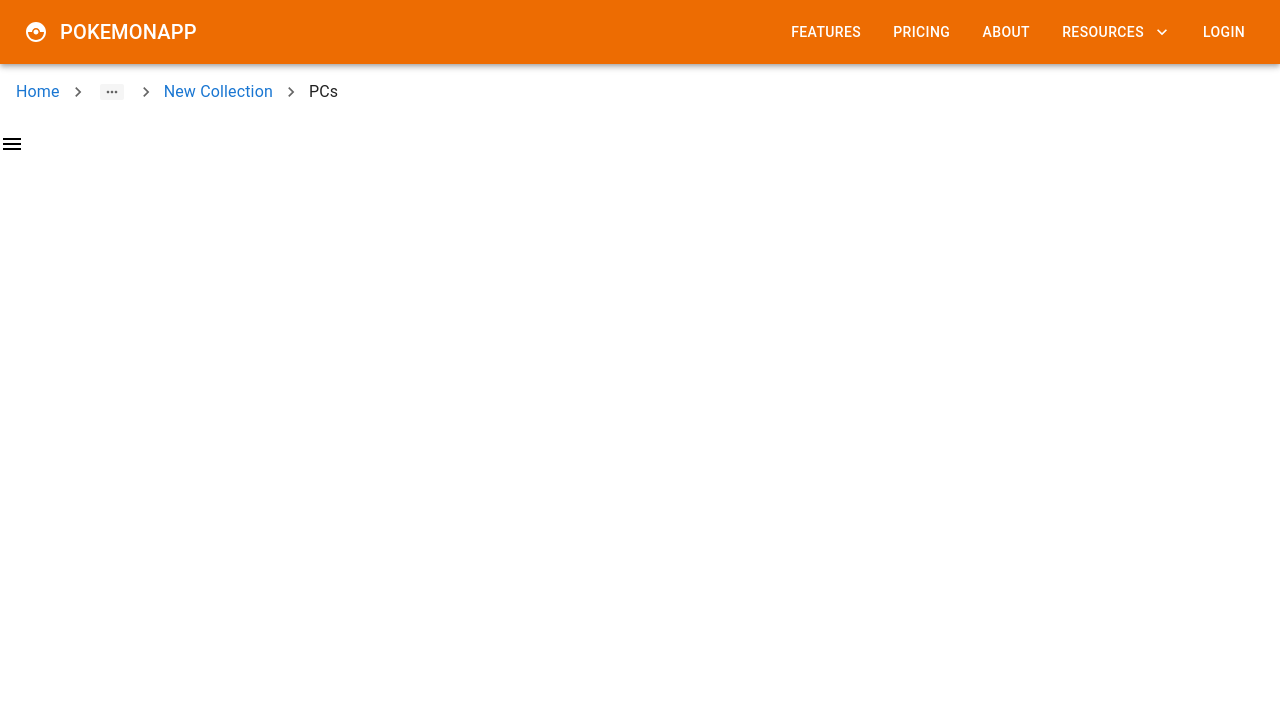
Repository: janidulnkg1/react-mui
Page: / (app in mui-demo/)
These files come from the project's save history. The page is drawn as it stood at one moment and after a run of saves; the edit follows.
The browser window is 1280 px wide. The pictures show the whole page.
The project was rebuilt for these pictures with package versions that can differ from the ones it lists, and the page was loaded fresh each time.

Above is the page before, as saved 2023-11-13 11:22:16.

### mui-demo/public/index.html
<!DOCTYPE html>
<html lang="en">
  <head>
    <meta charset="utf-8" />
    <link rel="icon" href="%PUBLIC_URL%/favicon.ico" />
    <meta name="viewport" content="width=device-width, initial-scale=1" />
    <meta name="theme-color" content="#000000" />
    <meta
      name="description"
      content="Web site created using create-react-app"
    />
    <link rel="apple-touch-icon" href="%PUBLIC_URL%/logo192.png" />
    <!--
      manifest.json provides metadata used when your web app is installed on a
      user's mobile device or desktop. See https://developers.google.com/web/fundamentals/web-app-manifest/
    -->
    <link rel="manifest" href="%PUBLIC_URL%/manifest.json" />
    <!--
      Notice the use of %PUBLIC_URL% in the tags above.
      It will be replaced with the URL of the `public` folder during the build.
      Only files inside the `public` folder can be referenced from the HTML.

      Unlike "/favicon.ico" or "favicon.ico", "%PUBLIC_URL%/favicon.ico" will
      work correctly both with client-side routing and a non-root public URL.
      Learn how to configure a non-root public URL by running `npm run build`.
    -->
    <title>react-mui-ts-demo</title>
  </head>
  <body>
    <noscript>You need to enable JavaScript to run this app.</noscript>
    <div id="root"></div>
    <!--
      This HTML file is a template.
      If you open it directly in the browser, you will see an empty page.

      You can add webfonts, meta tags, or analytics to this file.
      The build step will place the bundled scripts into the <body> tag.

      To begin the development, run `npm start` or `yarn start`.
      To create a production bundle, use `npm run build` or `yarn build`.
    -->
  </body>
</html>

### mui-demo/src/App.tsx
import './App.css';
//import { MuiTypography } from './components/MuiTypography';
//import { MuiButton } from './components/MuiButton';
//import {MuiTextField } from './components/MuiTextField'
//import {MuiSelect } from './components/MuiSelect'
//import { MuiRadioButton } from './components/MuiRadioButton';
//import { MuiCheckbox } from './components/MuiCheckbox';
//import { MuiSwitch } from './components/MuiSwitch';
//import { MuiRating } from './components/MuiRating';
//import { MuiAutocomplete } from './components/MuiAutocomplete';
//import { MuiLayout } from './components/MuiLayout';
//import { MuiCard } from './components/MuiCard';
//import { MuiAccordion } from './components/MuiAccordion';
//import { MuiImageList } from './components/MuiImageList';
import { MuiNavbar } from './components/MuiNavbar';
//import { MuiLink} from './components/MuiLink';
import { MuiBreadcrumbs } from './components/MuiBreadcrumbs';
import { MuiDrawer } from './components/MuiDrawer';




function App() {
  return (
    <div className="App">

      {/*MuiTypography */}
      {/*MuiButton */}
      {/*MuiTextField */}
      {/*MuiSelect */}
      {/*MuiRadioButton */}
      {/*MuiCheckbox*/}
      {/*MuiSwitch */}
      {/*MuiRating */}
      {/*MuiAutocomplete */}
      {/*MuiLayout */}
      {/*MuiCard */}
      {/*MuiAccordion */}
      {/*MuiImageList */}
      <MuiNavbar />
      {/*MuiLink */}
      <MuiBreadcrumbs />
      <MuiDrawer />

    </div>
  );
}

export default App;

### mui-demo/src/App.css
body{
  /* background-color: #eeeeee; */
}

.App {
  /* padding: 4rem; */
}

.App-logo {
  height: 40vmin;
  pointer-events: none;
}

@media (prefers-reduced-motion: no-preference) {
  .App-logo {
    animation: App-logo-spin infinite 20s linear;
  }
}

.App-header {
  background-color: #282c34;
  min-height: 100vh;
  display: flex;
  flex-direction: column;
  align-items: center;
  justify-content: center;
  font-size: calc(10px + 2vmin);
  color: white;
}

.App-link {
  color: #61dafb;
}

@keyframes App-logo-spin {
  from {
    transform: rotate(0deg);
  }
  to {
    transform: rotate(360deg);
  }
}

### mui-demo/src/components/MuiNavbar.tsx
import {
    AppBar,
    Toolbar,
    IconButton,
    Typography,
    Button,
    Stack,
    Menu,
    MenuItem
  } from '@mui/material'
  import CatchingPokemonIcon from '@mui/icons-material/CatchingPokemon'
  import KeyboardArrowDownIcon from '@mui/icons-material/KeyboardArrowDown'
  import { useState } from 'react'

  export const MuiNavbar = () => {
    const [anchorEl, setAnchorEl] = useState<null | HTMLElement>(null)
    const open = Boolean(anchorEl)
    const handleClick = (event: React.MouseEvent<HTMLButtonElement>) => {
      setAnchorEl(event.currentTarget)
    }
    const handleClose = () => {
      setAnchorEl(null)
    }
    return (
      <AppBar position='static' color='warning' >
        <Toolbar>
          <IconButton size='large' edge='start' color='inherit' aria-label='logo'>
            <CatchingPokemonIcon />
          </IconButton>
          <Typography variant='h6' component='div' sx={{ flexGrow: 1 }}>
            POKEMONAPP
          </Typography>
          <Stack direction='row' spacing={2}>
            <Button color='inherit'>Features</Button>
            <Button color='inherit'>Pricing</Button>
            <Button color='inherit'>About</Button>
            <Button
              color='inherit'
              id='resources-button'
              aria-controls={open ? 'resources-menu' : undefined}
              aria-haspopup='true'
              aria-expanded={open ? 'true' : undefined}
              endIcon={<KeyboardArrowDownIcon />}
              onClick={handleClick}>
              Resources
            </Button>
            <Button color='inherit'>Login</Button>
          </Stack>
          <Menu
            id='resources-menu'
            anchorEl={anchorEl}
            open={open}
            onClose={handleClose}
            anchorOrigin={{
              vertical: 'bottom',
              horizontal: 'right'
            }}
            transformOrigin={{
              vertical: 'top',
              horizontal: 'right'
            }}
            MenuListProps={{
              'aria-labelledby': 'resources-button'
            }}>
            <MenuItem onClick={handleClose}>Blog</MenuItem>
            <MenuItem onClick={handleClose}>Podcast</MenuItem>
          </Menu>
        </Toolbar>
      </AppBar>
    )
  }

### mui-demo/src/components/MuiBreadcrumbs.tsx
import { Box, Breadcrumbs, Link, Typography } from '@mui/material'
import NavigateNextIcon from '@mui/icons-material/NavigateNext'

export const MuiBreadcrumbs = () => {
  return (
    <Box m={2}>
      <Breadcrumbs
        separator={<NavigateNextIcon fontSize='small' />}
        maxItems={3}
        itemsAfterCollapse={2}
        aria-label='breadcrumb'>
        <Link underline='hover' href='#'>
          Home
        </Link>
        <Link underline='hover' href='#'>
          Catalog
        </Link>
        <Link underline='hover' href='#'>
          Accessories
        </Link>
        <Link underline='hover' href='#'>
          New Collection
        </Link>
        <Typography color='text.primary'>PCs</Typography>
      </Breadcrumbs>
    </Box>
  )
}

### mui-demo/src/components/MuiDrawer.tsx
import { Drawer, Box, Typography, IconButton } from '@mui/material'
import { useState } from 'react'
import MenuIcon from '@mui/icons-material/Menu'

export const MuiDrawer = () => {
  const [isDrawerOpen, setIsDrawerOpen] = useState(false)

  return (
    <>
      <IconButton
        onClick={() => setIsDrawerOpen(true)}
        size='large'
        edge='start'
        color='inherit'
        aria-label='logo'>
        <MenuIcon />
      </IconButton>
      <Drawer
        anchor='left'
        open={isDrawerOpen}
        onClose={() => setIsDrawerOpen(false)}>
        <Box p={2} width='250px' role='presentation' textAlign='center'>
          <Typography variant='h6' component='div'>
            Side Panel
          </Typography>
        </Box>
      </Drawer>
    </>
  )
}

### mui-demo/src/components/MuiSpeeddial.tsx
import { SpeedDial, SpeedDialAction, SpeedDialIcon } from '@mui/material'
import CopyIcon from '@mui/icons-material/FileCopyOutlined'
import PrintIcon from '@mui/icons-material/Print'
import ShareIcon from '@mui/icons-material/Share'
import EditIcon from '@mui/icons-material/Edit'

export const MuiSpeedDial = () => {
  return (
    <SpeedDial
      ariaLabel='Navigation speed dial'
      sx={{ position: 'absolute', bottom: 16, right: 16 }}
      icon={<SpeedDialIcon openIcon={<EditIcon />} />}>
      <SpeedDialAction icon={<CopyIcon />} tooltipTitle='Copy' tooltipOpen />
      <SpeedDialAction icon={<PrintIcon />} tooltipTitle='Print' tooltipOpen />
      <SpeedDialAction icon={<ShareIcon />} tooltipTitle='Share' tooltipOpen />
    </SpeedDial>
  )
}

Loaded but not shown: mui-demo/src/index.tsx (common file); mui-demo/src/index.css (common file); mui-demo/src/reportWebVitals.ts (common file)

After the next 2 saves:
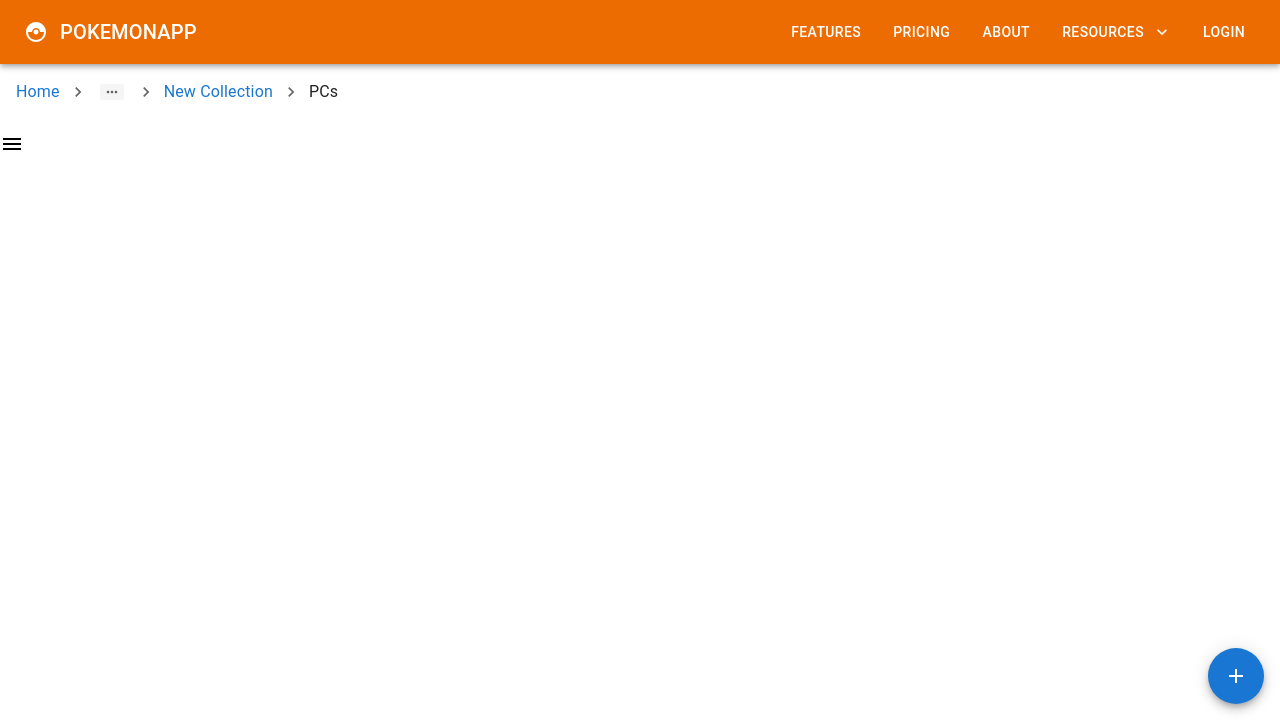
The 2 saves are shown as one change because they came seconds apart.
The last was saved 7 s later.
--- a/mui-demo/src/App.tsx
+++ b/mui-demo/src/App.tsx
@@ -16,6 +16,7 @@ import { MuiNavbar } from './components/MuiNavbar';
 //import { MuiLink} from './components/MuiLink';
 import { MuiBreadcrumbs } from './components/MuiBreadcrumbs';
 import { MuiDrawer } from './components/MuiDrawer';
+import { MuiSpeedDial } from './components/MuiSpeeddial';
 
 
 
@@ -41,7 +42,7 @@ function App() {
       {/*MuiLink */}
       <MuiBreadcrumbs />
       <MuiDrawer />
-
+      <MuiSpeedDial />
     </div>
   );
 }
